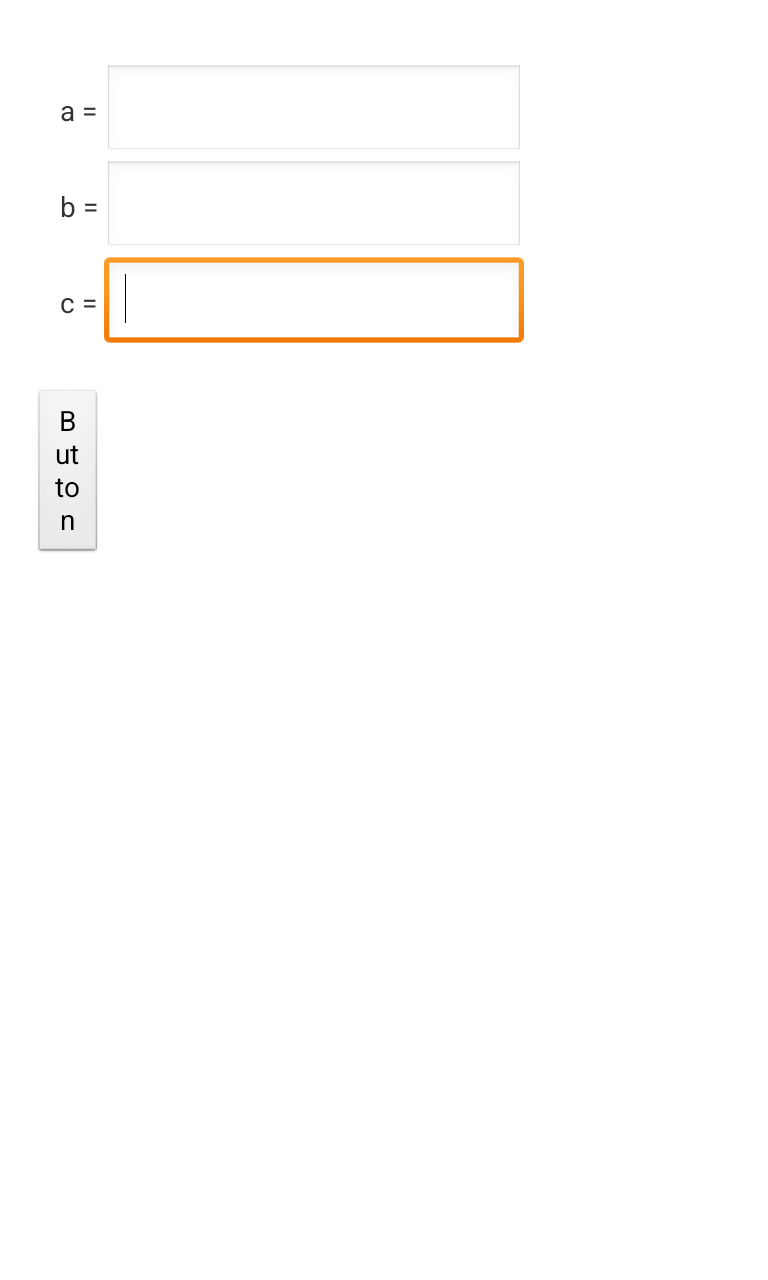
Repository: alexcpp2013/Solving-Quadratic-Equations-Android-Java-C--
Layout: src/Workspace3Cpp/SolvingEquation/res/layout/activity_main.xml
An editor plug-in stored every save of this project. The layout is shown before and after the next save, followed by the edit.
It is drawn on a 768 x 1280 px phone screen (xhdpi) without system bars, with theme AppTheme; the app's code is not run.

Above is the layout before, as saved 2014-02-11 07:41:03.

### src/Workspace3Cpp/SolvingEquation/res/layout/activity_main.xml
<RelativeLayout xmlns:android="http://schemas.android.com/apk/res/android"
    xmlns:tools="http://schemas.android.com/tools"
    android:layout_width="match_parent"
    android:layout_height="match_parent"
    android:paddingBottom="@dimen/activity_vertical_margin"
    android:paddingLeft="@dimen/activity_horizontal_margin"
    android:paddingRight="@dimen/activity_horizontal_margin"
    android:paddingTop="@dimen/activity_vertical_margin"
    tools:context=".MainActivity" >

    <TextView
        android:id="@+id/textView1"
        android:layout_width="wrap_content"
        android:layout_height="wrap_content"
        android:layout_alignBaseline="@+id/editText2"
        android:layout_alignBottom="@+id/editText2"
        android:layout_alignParentLeft="true"
        android:layout_marginLeft="14dp"
        android:text="a = " />

    <TextView
        android:id="@+id/textView2"
        android:layout_width="wrap_content"
        android:layout_height="wrap_content"
        android:layout_alignBaseline="@+id/editText3"
        android:layout_alignBottom="@+id/editText3"
        android:layout_alignLeft="@+id/textView1"
        android:text="b = " />

    <TextView
        android:id="@+id/textView3"
        android:layout_width="wrap_content"
        android:layout_height="wrap_content"
        android:layout_alignBaseline="@+id/editText1"
        android:layout_alignBottom="@+id/editText1"
        android:layout_alignLeft="@+id/textView2"
        android:text="c = " />

    <EditText
        android:id="@+id/editText1"
        android:layout_width="wrap_content"
        android:layout_height="wrap_content"
        android:layout_alignLeft="@+id/editText3"
        android:layout_below="@+id/editText3"
        android:ems="10" >
        <requestFocus />
    </EditText>

    <EditText
        android:id="@+id/editText2"
        android:layout_width="wrap_content"
        android:layout_height="wrap_content"
        android:layout_alignParentTop="true"
        android:layout_marginTop="16dp"
        android:layout_toRightOf="@+id/button1"
        android:ems="10" />

    <EditText
        android:id="@+id/editText3"
        android:layout_width="wrap_content"
        android:layout_height="wrap_content"
        android:layout_alignLeft="@+id/editText2"
        android:layout_below="@+id/editText2"
        android:ems="10" />

    <Button
        android:id="@+id/button1"
        android:layout_width="wrap_content"
        android:layout_height="wrap_content"
        android:layout_alignRight="@+id/textView3"
        android:layout_below="@+id/editText1"
        android:layout_marginTop="18dp"
        android:text="Button" />

</RelativeLayout>

Loaded but not shown: src/Workspace3Cpp/SolvingEquation/res/values/styles.xml (common file); src/Workspace3Cpp/SolvingEquation/res/values/dimens.xml (common file)

After the next save:
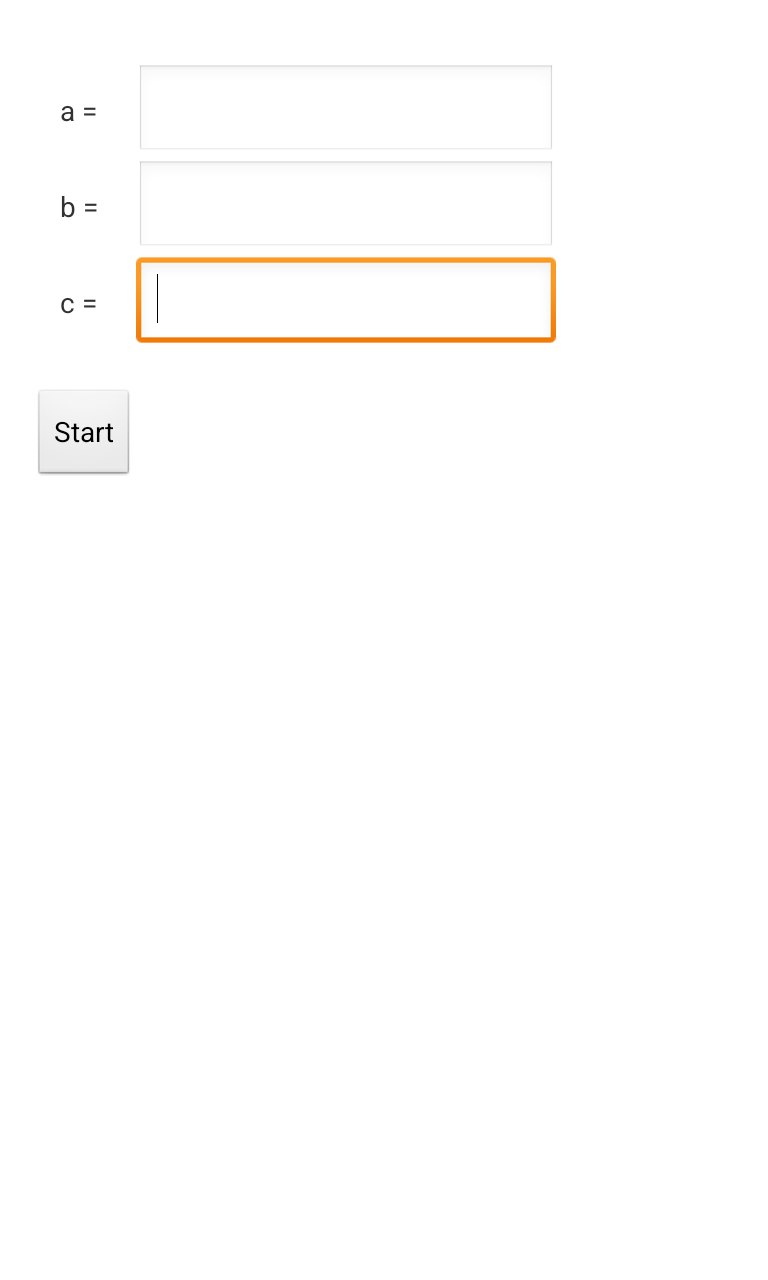
Saved 21 s later.
--- a/src/Workspace3Cpp/SolvingEquation/res/layout/activity_main.xml
+++ b/src/Workspace3Cpp/SolvingEquation/res/layout/activity_main.xml
@@ -67,9 +67,8 @@
         android:id="@+id/button1"
         android:layout_width="wrap_content"
         android:layout_height="wrap_content"
-        android:layout_alignRight="@+id/textView3"
         android:layout_below="@+id/editText1"
         android:layout_marginTop="18dp"
-        android:text="Button" />
+        android:text="Start" />
 
 </RelativeLayout>
